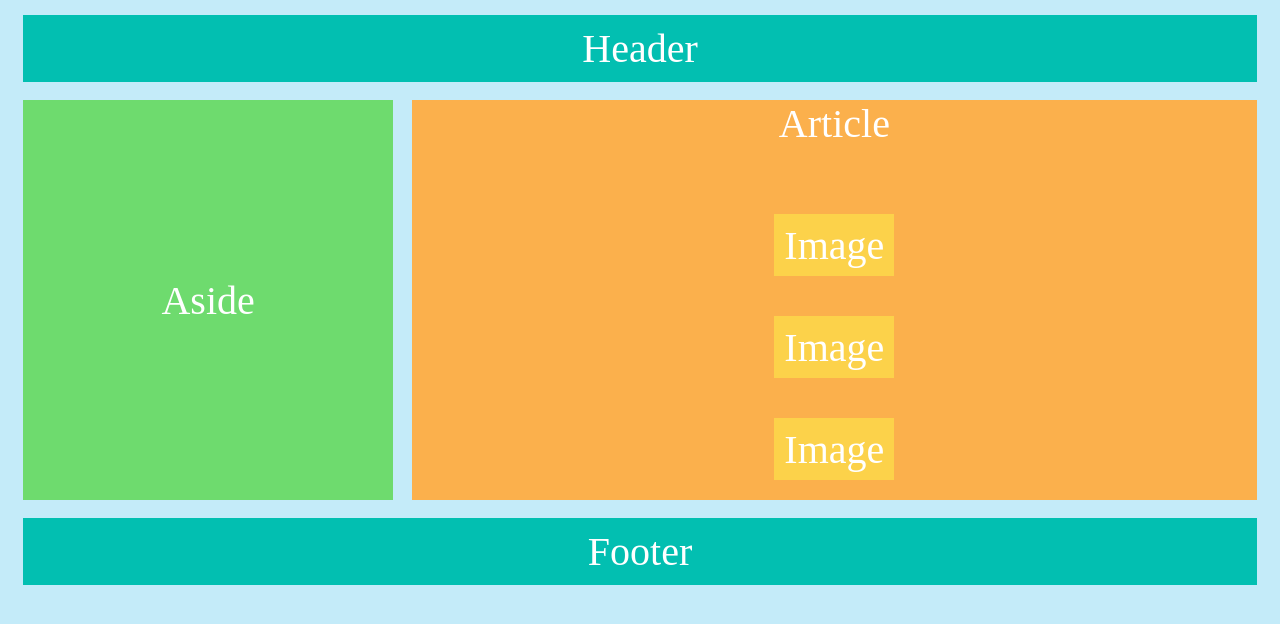
Repository: huyennvo/CSS
Page: flex-css-example/index.html
An editor plug-in stored every save of this project. The page is shown before and after the next save, followed by the edit.
The browser window is 1280 px wide. The pictures show the whole page.

Above is the page before, as saved 2022-07-18 13:49:22.

After the next save:
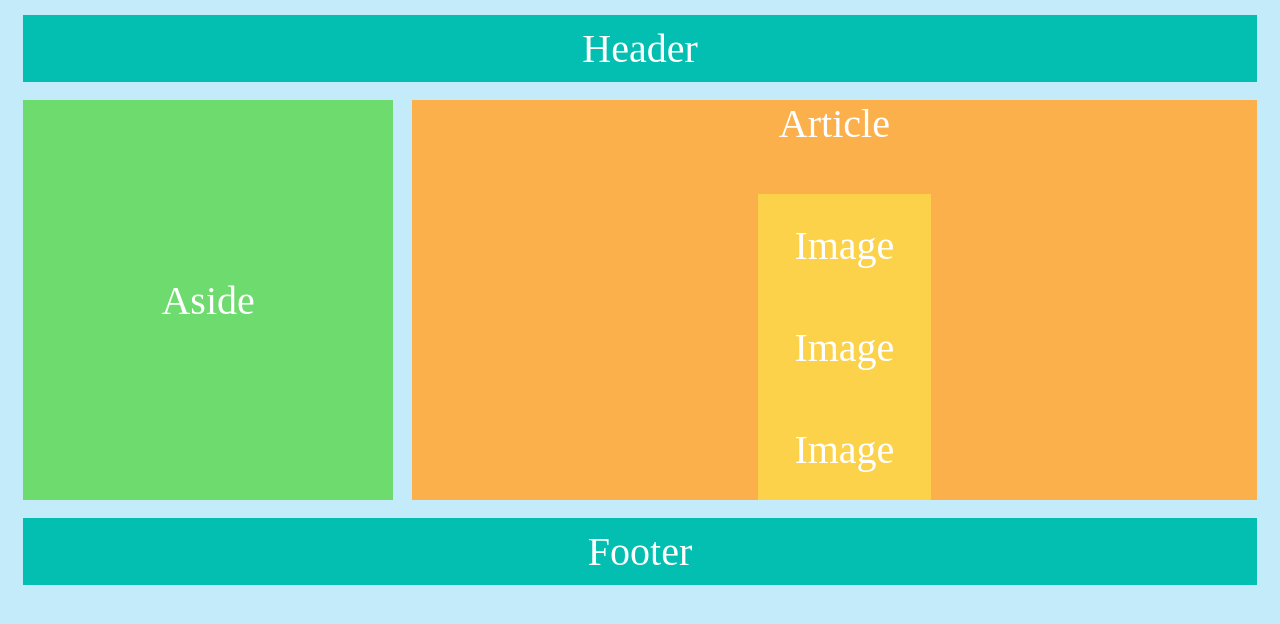
Saved 16 min 45 s later.
--- a/flex-css-example/index.css
+++ b/flex-css-example/index.css
@@ -52,7 +52,7 @@ html {
 .body-right-top {
     display: flex;
     align-items: center;
-    align-items: flex-end;
+
 }
 
 .body-right-bottom {
@@ -69,8 +69,8 @@ html {
      align-content: space-between;
      justify-content: center;
      align-items: center;
-     width: 120px;
+     width: 30%;
      height: 40%;
-     margin: 20px;
-     text-align: center;
+     margin-left: 20px;
+
 }
